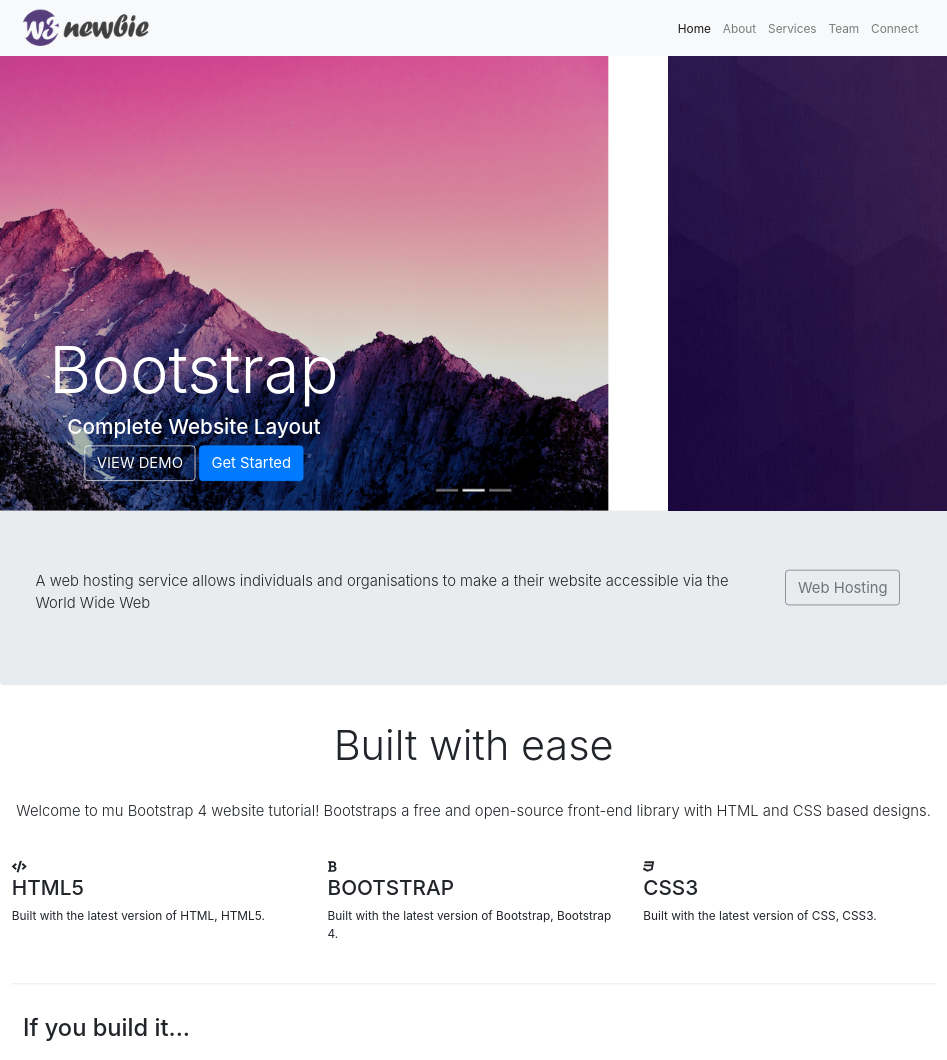
Repository: rkyankya/Bootstrap-1
Page: index.html
The author's editor kept a copy of each file at every save. The page is drawn from the files as they stood at one save, then again after the next save.
The browser window is 1280 px wide. The pictures show the whole page, at 74% of full size.
Some web libraries are served in a nearby version.

Above is the page before, as saved 2019-12-15 18:09:45.

After the next save:
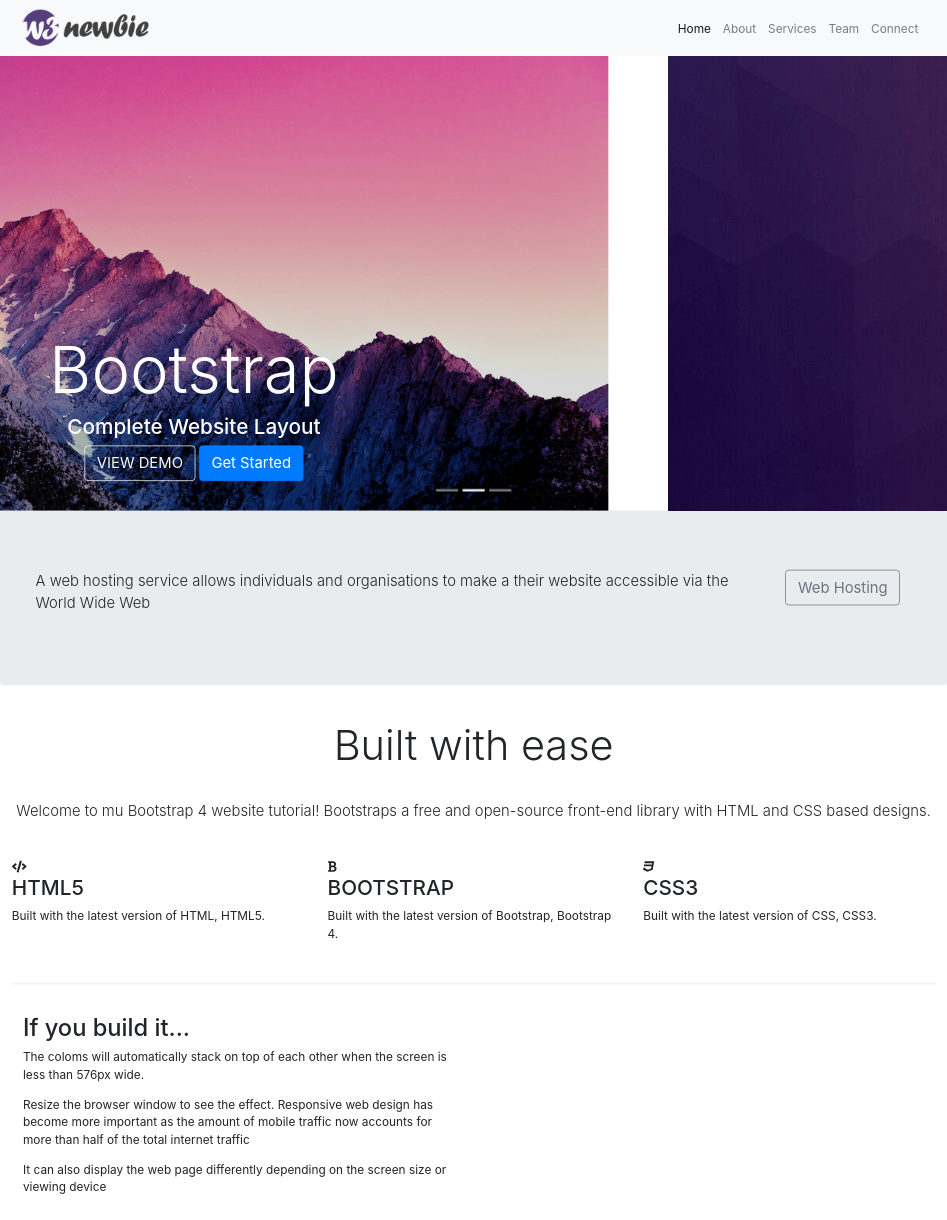
Saved 5 min 3 s later.
--- a/index.html
+++ b/index.html
@@ -127,6 +127,9 @@
         <div class="row-padding">
             <div class="col-md-12 col-lg-6">
                 <h2>If you build it...</h2>
+                <p>The coloms will automatically stack on top of each other when the screen is less than 576px wide.</p>
+                <p>Resize the browser window to see the effect. Responsive web design has become more important as the amount of mobile traffic now accounts for more than half of the total internet traffic</p>
+                <p>It can also display the web page differently depending on the screen size or viewing device</p>
             </div>
         </div>
     </div>
